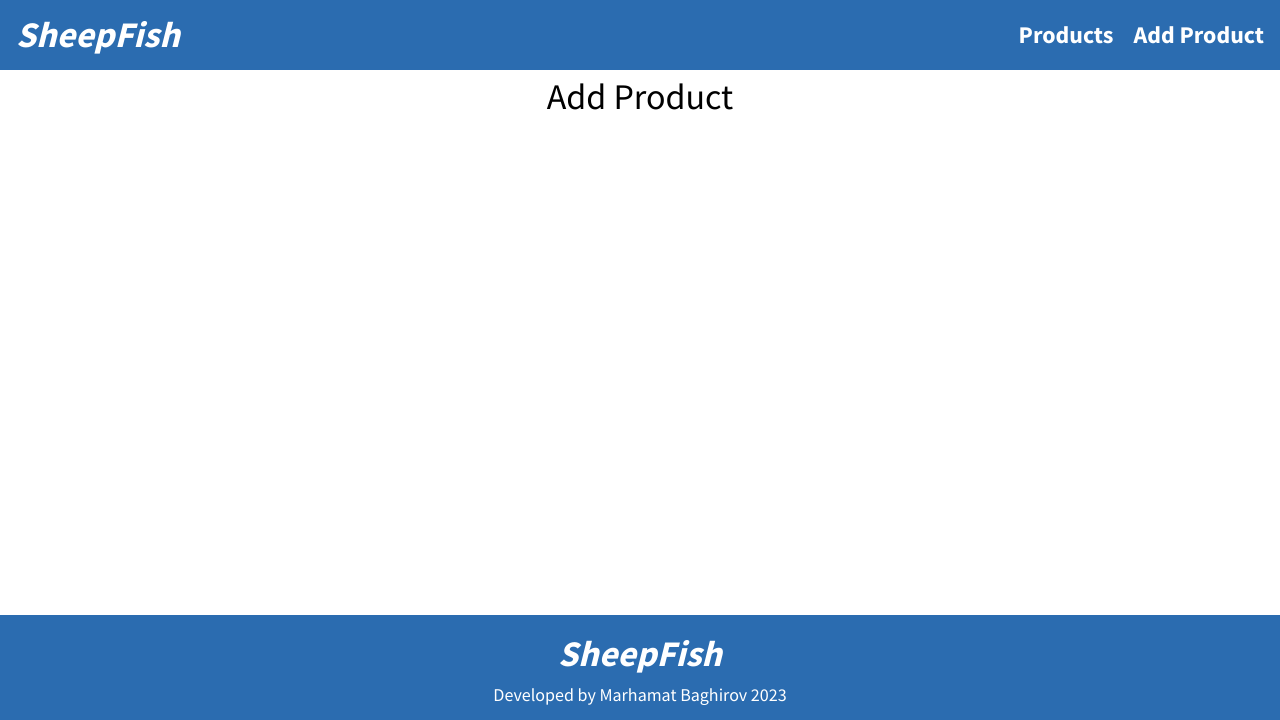
Repository: Marhamat92/sheep-fish-task
Page: /products/add
The author's editor kept a copy of each file at every save. The page is drawn from the files as they stood at one save, then again after the next save.
The browser window is 1280 px wide. The pictures show the whole page.
The project was rebuilt for these pictures with package versions that can differ from the ones it lists, and the page was loaded fresh each time. Also part of the build but not shown: src/App.css, src/components/SearchField.tsx, src/components/ListTable.tsx, src/pages/Products/ProductList.tsx.

Above is the page before, as saved 2023-03-28 19:38:00.

### public/index.html
<!DOCTYPE html>
<html lang="en">

<head>
  <meta charset="utf-8" />
  <link rel="icon" href="%PUBLIC_URL%/favicon.ico" />
  <meta name="viewport" content="width=device-width, initial-scale=1" />
  <meta name="theme-color" content="#000000" />
  <meta name="description" content="Web site created using create-react-app" />
  <link rel="apple-touch-icon" href="%PUBLIC_URL%/logo192.png" />
  <link rel="preconnect" href="https://fonts.googleapis.com">
  <link rel="preconnect" href="https://fonts.gstatic.com" crossorigin>
  <link href="https://fonts.googleapis.com/css2?family=Source+Sans+Pro:wght@200;300;400;600;700;900&display=swap"
    rel="stylesheet">
  <!--
      manifest.json provides metadata used when your web app is installed on a
      user's mobile device or desktop. See https://developers.google.com/web/fundamentals/web-app-manifest/
    -->
  <link rel="manifest" href="%PUBLIC_URL%/manifest.json" />
  <!--
      Notice the use of %PUBLIC_URL% in the tags above.
      It will be replaced with the URL of the `public` folder during the build.
      Only files inside the `public` folder can be referenced from the HTML.

      Unlike "/favicon.ico" or "favicon.ico", "%PUBLIC_URL%/favicon.ico" will
      work correctly both with client-side routing and a non-root public URL.
      Learn how to configure a non-root public URL by running `npm run build`.
    -->
  <title>SheepFish</title>
</head>

<body>
  <noscript>You need to enable JavaScript to run this app.</noscript>
  <div id="root"></div>
  <!--
      This HTML file is a template.
      If you open it directly in the browser, you will see an empty page.

      You can add webfonts, meta tags, or analytics to this file.
      The build step will place the bundled scripts into the <body> tag.

      To begin the development, run `npm start` or `yarn start`.
      To create a production bundle, use `npm run build` or `yarn build`.
    -->
</body>

</html>

### src/index.css
@tailwind base;
@tailwind components;
@tailwind utilities;


body {
  font-family: 'Source Sans Pro', sans-serif;
}

code {
  font-family: 'Source Sans Pro', sans-serif;
}

### src/App.tsx
import React from "react";
import logo from "./logo.svg";
import "./App.css";
import Header from "./components/Header";
import Layout from "./Layout/Layout";
import BaseRouter from "./routes";

function App() {
  return (
    <div>
      <Layout>
        <BaseRouter />
      </Layout>
    </div>
  );
}

export default App;

### src/Layout/Layout.tsx
import React from "react";
import Header from "../components/Header";
import Footer from "../components/Footer";

type Props = {
  children: React.ReactNode;
};

const Layout = ({ children }: Props) => {
  return (
    <div>
      <Header />
      {children}
      <Footer />
    </div>
  );
};

export default Layout;

### src/routes.js
import { Route, Routes } from "react-router-dom";
import React from "react";
import ProductList from "./pages/Products/ProductList";
import AddProduct from "./pages/Products/AddProduct";

const BaseRouter = () => (
  <Routes>
    <Route exact path="/" element={
      <ProductList />
    } />
    <Route exact path="/products"
      element={
        <ProductList />
      }
    />
    <Route exact path="/products/add" element={
      <AddProduct />
    } />
  </Routes>
);

export default BaseRouter;

### src/components/Header.tsx
import React, { useEffect, useState } from "react";
import { Link } from "react-router-dom";
import { BiMenu } from "react-icons/bi";

type Props = {};

const Header = (props: Props) => {
  const [mobileMenu, setMobileMenu] = useState(false);
  const [showMobileMenu, setShowMobileMenu] = useState(false);

  const checkScreenSize = () => {
    if (window.innerWidth <= 768) {
      setMobileMenu(true);
    } else {
      setMobileMenu(false);
      setShowMobileMenu(false);
    }
  };

  useEffect(() => {
    checkScreenSize();
    window.addEventListener("resize", checkScreenSize);
    return () => {
      window.removeEventListener("resize", checkScreenSize);
    };
  }, [mobileMenu]);

  return (
    <div className=' bg-mainPrimary '>
      <div className='container flex flex-row justify-between items-center py-2'>
        <div>
          <h1
            className='
            text-4xl font-bold text-white italic
          '
          >
            SheepFish
          </h1>
        </div>
        {mobileMenu ? (
          <BiMenu
            onClick={() => {
              setShowMobileMenu(true);
            }}
            className='text-3xl text-white'
          />
        ) : (
          <div className='flex flex-row justify-between space-x-5'>
            <Link to='/products'>
              <div
                className='text-2xl font-bold text-white hover:underline transition-all duration-300
          cursor-pointer'
              >
                Products
              </div>
            </Link>
            <Link to='/products/add'>
              <div className='text-2xl font-bold text-white hover:underline transition-all duration-300 cursor-pointer'>
                Add Product
              </div>
            </Link>
          </div>
        )}
        {showMobileMenu && (
          <div className='bg-mainTertiary h-screen absolute top-0 left-0 right-0 '>
            <div className='flex flex-col justify-center items-center'>
              <div className='text-2xl font-bold text-white hover:underline transition-all duration-300 cursor-pointer'>
                Products
              </div>
              <div className='text-2xl font-bold text-white hover:underline transition-all duration-300 cursor-pointer'>
                Add Product
              </div>
            </div>
          </div>
        )}
      </div>
    </div>
  );
};

export default Header;

### src/components/Footer.tsx
import React from "react";

type Props = {};

const Footer = ({}: Props) => {
  return (
    <div className='bg-mainPrimary py-3 absolute bottom-0 w-full'>
      <div className='container mx-auto flex flex-col items-center justify-center'>
        <h1 className='text-4xl font-bold text-white italic text-center'>
          SheepFish
        </h1>
        <p className='text-white font-regular text-lg text-center'>
          Developed by Marhamat Baghirov {new Date().getFullYear()}
        </p>
      </div>
    </div>
  );
};

export default Footer;

### src/pages/Products/AddProduct.tsx
import React from "react";

type Props = {};

const AddProduct = (props: Props) => {
  return (
    <div>
      <div className='flex items-center justify-center'>
        <h1 className='text-4xl'>Add Product</h1>
      </div>
    </div>
  );
};

export default AddProduct;

### tailwind.config.js
/** @type {import('tailwindcss').Config} */
module.exports = {
  content: ["./src/**/*.{js,jsx,ts,tsx}",],
  theme: {
    extend: {
      colors: {
        "textPrimary": "#1a202c",
        "textSecondary": "#2d3748",
        "textTertiary": "#4a5568",
        "mainPrimary": "#2b6cb0",
        "mainSecondary": "#4299e1",
        "mainTertiary": "#63b3ed",
        "success": "#48bb78",
        "danger": "#e53e3e",
        "warning": "#dd6b20",
        "info": "#3182ce",
        "light": "#f7fafc",
        "dark": "#1a202c",
        "white": "#fff",
        "black": "#000",
        //close this
      },
      fontFamily: {
        sans: ["Roboto", "sans-serif"],
      },
      fontSize: {
        "xs": ".75rem",
        "sm": ".875rem",
        "tiny": ".875rem",
        "base": "1rem",
        "lg": "1.125rem",
        "xl": "1.25rem",
        "2xl": "1.5rem",
        "3xl": "1.875rem",
        "4xl": "2.25rem",
        "5xl": "3rem",
        "6xl": "4rem",
        "7xl": "5rem",
        "8xl": "6rem",
        "9xl": "7rem",
        "10xl": "8rem",
      },
      spacing: {
        "0": "0",
        "1": "0.25rem",
        "2": "0.5rem",
        "3": "0.75rem",
        "4": "1rem",
        "5": "1.25rem",
        "6": "1.5rem",
        "8": "2rem",
      },
      boxShadow: {
        "xs": "0 0 0 1px rgba(0, 0, 0, 0.05)",
        "sm": "0 1px 2px 0 rgba(0, 0, 0, 0.05)",
        "default": "0 1px 3px 0 rgba(0, 0, 0, 0.1), 0 1px 2px 0 rgba(0, 0, 0, 0.06)",
        "md": "0 4px 6px -1px rgba(0, 0, 0, 0.1), 0 2px 4px -1px rgba(0, 0, 0, 0.06)",
        "lg": "0 10px 15px -3px rgba(0, 0, 0, 0.1), 0 4px 6px -2px rgba(0, 0, 0, 0.05)",
        "xl": "0 20px 25px -5px rgba(0, 0, 0, 0.1), 0 10px 10px -5px rgba(0, 0, 0, 0.04)",
        "2xl": "0 25px 50px -12px rgba(0, 0, 0, 0.25)",
      },
      screens: {
        "xs": "320px",
        "sm": "640px",
        "md": "768px",
        "lg": "1024px",
        "xl": "1280px",
        "2xl": "1536px",
      },

      container: {
        center: true,
        padding: "1rem",
      },

    },
    plugins: [




    ],
  }
}

Loaded but not shown: src/index.tsx (common file); src/reportWebVitals.ts (common file)

After the next save:
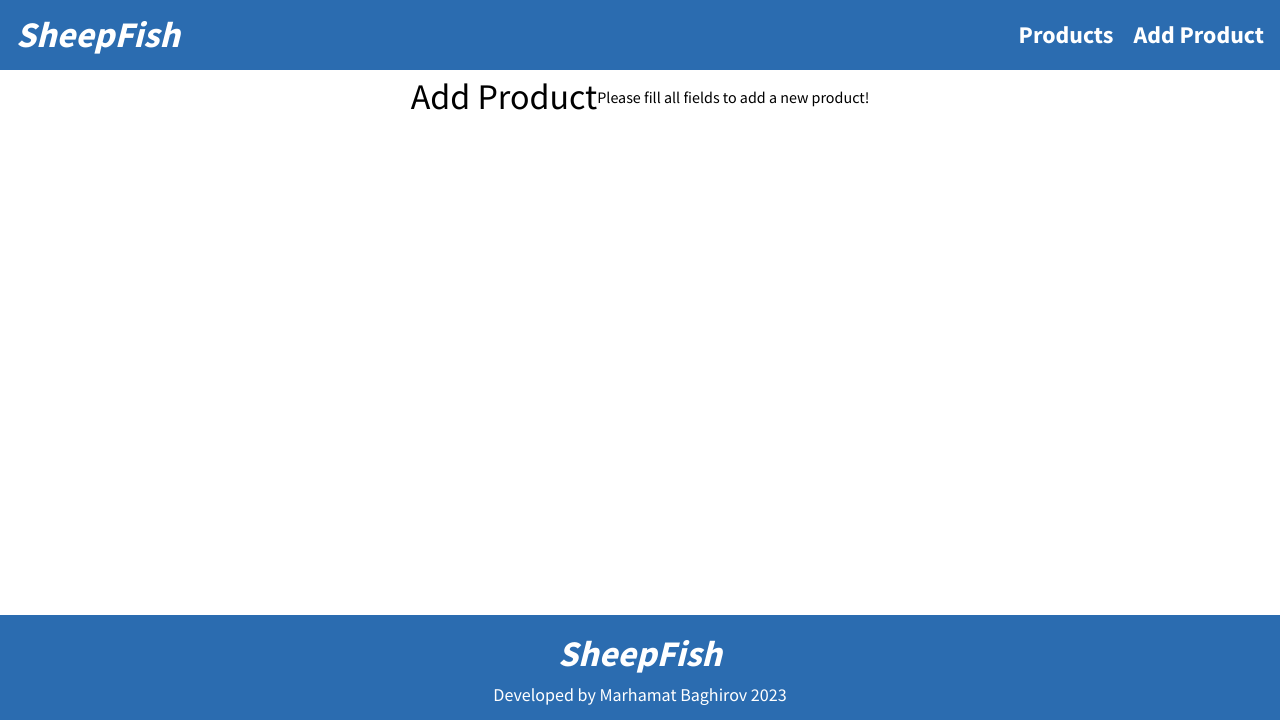
Saved 34 s later.
--- a/src/pages/Products/AddProduct.tsx
+++ b/src/pages/Products/AddProduct.tsx
@@ -7,6 +7,7 @@
     <div>
       <div className='flex items-center justify-center'>
         <h1 className='text-4xl'>Add Product</h1>
+        <p>Please fill all fields to add a new product!</p>
       </div>
     </div>
   );
